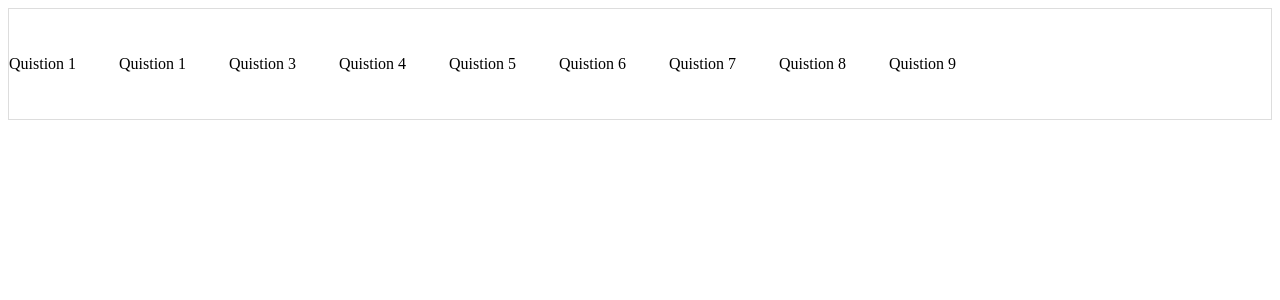
Repository: special4Party/Graduation-project-wedding-hall
Page: include/temp/test.html
An editor plug-in stored every save of this project. The page is shown before and after the next save, followed by the edit.
The browser window is 1280 px wide. The pictures show the whole page.

Above is the page before, as saved 2022-04-29 23:52:29.

### include/temp/test.html
<!DOCTYPE html>
<html lang="en">
<head>
    <meta charset="UTF-8">
    <title>Quistion to Admin page</title>
    <link rel="stylesheet" href="/layout/css/test.css">
</head>
<body>
    <div class="wrapper">
        <div class="item">Quistion 1</div>
        <div class="item">Quistion 1</div>
        <div class="item">Quistion 3</div>
        <div class="item">Quistion 4</div>
        <div class="item">Quistion 5</div>
        <div class="item">Quistion 6</div>
        <div class="item">Quistion 7</div>
        <div class="item">Quistion 8</div>
        <div class="item">Quistion 9</div>
    </div>
</body>
</html>

### layout/css/test.css
.wrapper{
    max-height: 120px;
    border: 1px solid #ddd;
    display: flex;
    overflow-x: auto;
}
.wrapper .item{
    min-width: 110px;
    height: 110px;
    line-height: 110px;
}

After the next save:
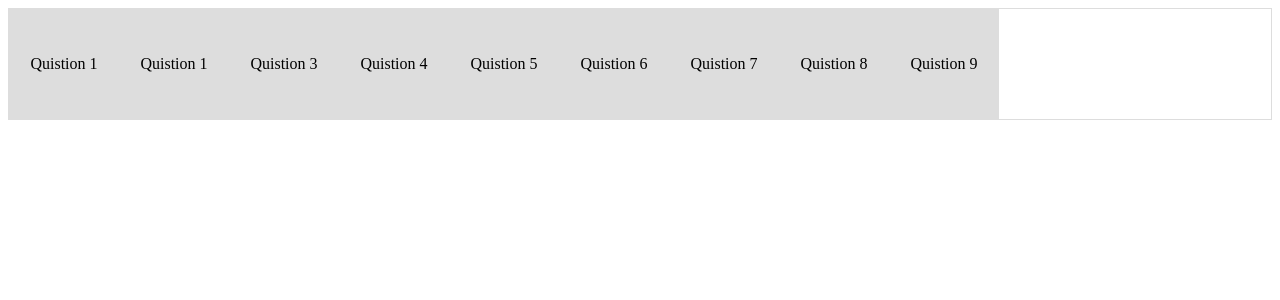
Saved 38 s later.
--- a/layout/css/test.css
+++ b/layout/css/test.css
@@ -8,4 +8,6 @@
     min-width: 110px;
     height: 110px;
     line-height: 110px;
+    text-align: center;
+    background-color: #ddd;
 }
